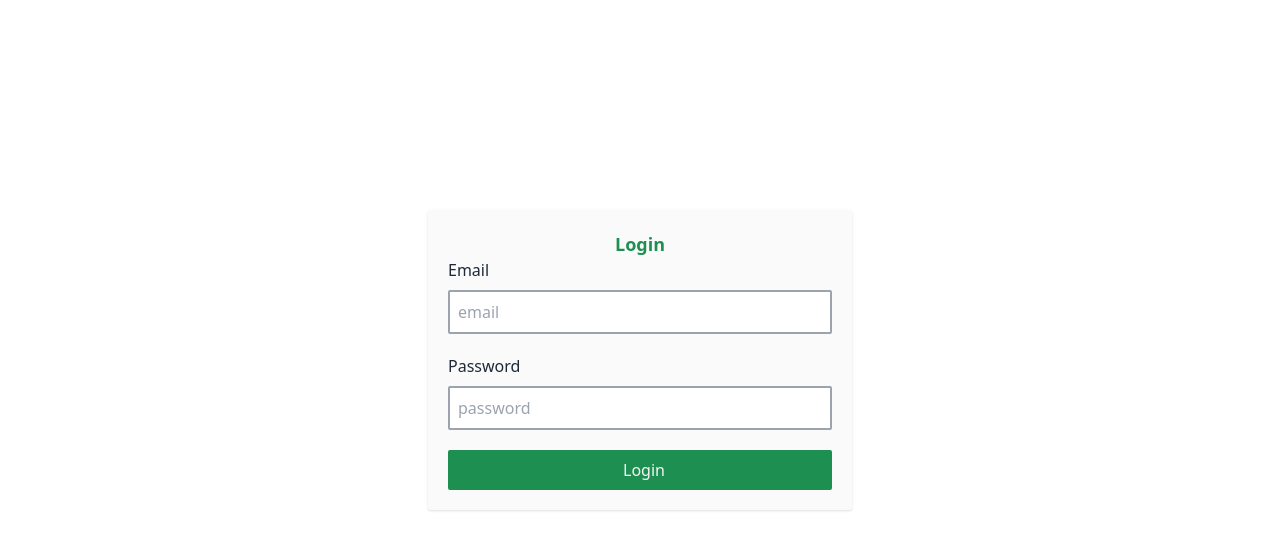
Repository: Sanaa00/Green-Exchange-AdminPanel
Page: /
An editor plug-in stored every save of this project. The page is shown before and after the next save, followed by the edit.
The browser window is 1280 px wide. The pictures show the whole page.
The project was rebuilt for these pictures with package versions that can differ from the ones it lists, and the page was loaded fresh each time. Also part of the build but not shown: vite.config.js, src/Component/Pagination.jsx, src/Pages/HideProducts.jsx, src/features/products.jsx, src/Component/Loading.jsx, src/Pages/Products.jsx, src/Component/Logo.jsx, src/Component/Sidbar.jsx and 8 more.

Above is the page before, as saved 2024-01-29 21:31:00.

After the next save:
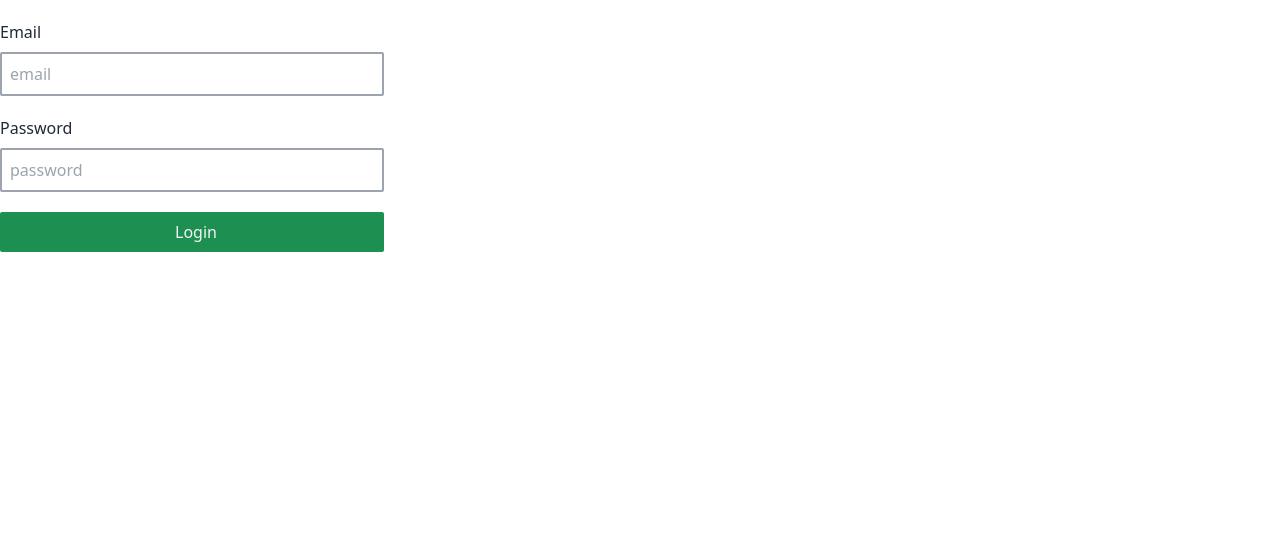
Saved 35 s later.
--- a/src/Pages/Login.jsx
+++ b/src/Pages/Login.jsx
@@ -1,71 +1,62 @@
-import { useEffect, useState } from 'react';
+import { useState } from 'react';
 import PrimaryButton from '../Component/PrimaryButton';
 import { useLoginMutation } from '../features/auth';
 import { Navigate } from 'react-router-dom';
 
 function Login() {
   const [login, { data, isError, isLoading, isSuccess }] = useLoginMutation();
-
+  //   console.log(login);
   const [formData, setFormData] = useState({
     email: '',
     password: '',
   });
-  console.log('login', data?.data, isError, isLoading, isSuccess);
+  console.log('login', data, isError, isLoading, isSuccess);
   const handleInput = (e) => {
     setFormData({ ...formData, [e.target.name]: e.target.value });
   };
   const handleFormData = () => {
+    console.log(formData);
     login(formData);
+    //add to route
   };
-
-  useEffect(() => {
-    if (!isError && !isLoading && data) {
-      // JSON.stringify(localStorage.setItem('admin', JSON.stringify(data?.data)));
-    }
-  }, [data, isError, isLoading]);
   if (data?.status == 'success' && data?.data?.token)
     return <Navigate to="/sidbar" replace />;
+  return (
+    <div className="flex flex-col text-gray-800">
+      <div className="mt-5 flex flex-col">
+        <label htmlFor="Username">Email</label>
+        <input
+          id="email"
+          value={formData.email}
+          onChange={(e) => handleInput(e)}
+          required={true}
+          name="email"
+          className="mt-2 w-96 focus:outline-none border-2 py-2 rounded-sm p-2 hover:duration-300 duration-300 border-gray-400 hover:border-gray-500 focus:border-green"
+          placeholder="email"
+        />
+      </div>
 
-  return (
-    <div className="flex flex-col text-gray-800 items-center justify-center h-screen ">
-      <div className="bg-neutral-50 p-5 rounded-sm shadow">
-        <p className="font-semibold text-lg text-green w-full text-center">
-          Login
-        </p>
-        <div className=" flex flex-col ">
-          <label htmlFor="Username">Email</label>
-          <input
-            id="email"
-            value={formData.email}
-            onChange={(e) => handleInput(e)}
-            required={true}
-            name="email"
-            className="mt-2 w-96 focus:outline-none border-2 py-2 rounded-sm p-2 hover:duration-300 duration-300 border-gray-400 hover:border-gray-500 focus:border-green"
-            placeholder="email"
-          />
-        </div>{' '}
-        <div className="mt-5 flex flex-col">
-          <label htmlFor="Password">Password</label>
-          <input
-            id="password"
-            value={formData.password}
-            onChange={(e) => handleInput(e)}
-            required={true}
-            name="password"
-            className="mt-2 w-96 focus:outline-none border-2 py-2 rounded-sm p-2 hover:duration-300 duration-300 border-gray-400 hover:border-gray-500 focus:border-green "
-            placeholder="password"
-          />
-        </div>{' '}
-        <div className="mt-5">
-          <PrimaryButton
-            text="Login"
-            color={'green'}
-            widthbutton={'24rem'}
-            textColor="neutral-100"
-            align={'center'}
-            onClick={() => handleFormData()}
-          />
-        </div>
+      <div className="mt-5 flex flex-col">
+        <label htmlFor="Password">Password</label>
+        <input
+          id="password"
+          value={formData.password}
+          onChange={(e) => handleInput(e)}
+          required={true}
+          name="password"
+          className="mt-2 w-96 focus:outline-none border-2 py-2 rounded-sm p-2 hover:duration-300 duration-300 border-gray-400 hover:border-gray-500 focus:border-green "
+          placeholder="password"
+        />
+      </div>
+      <div className="mt-5">
+        <PrimaryButton
+          text="Login"
+          color={'green'}
+          widthbutton={'24rem'}
+          textColor="neutral-100"
+          align={'center'}
+          onClick={() => handleFormData()}
+        />
       </div>
     </div>
   );
